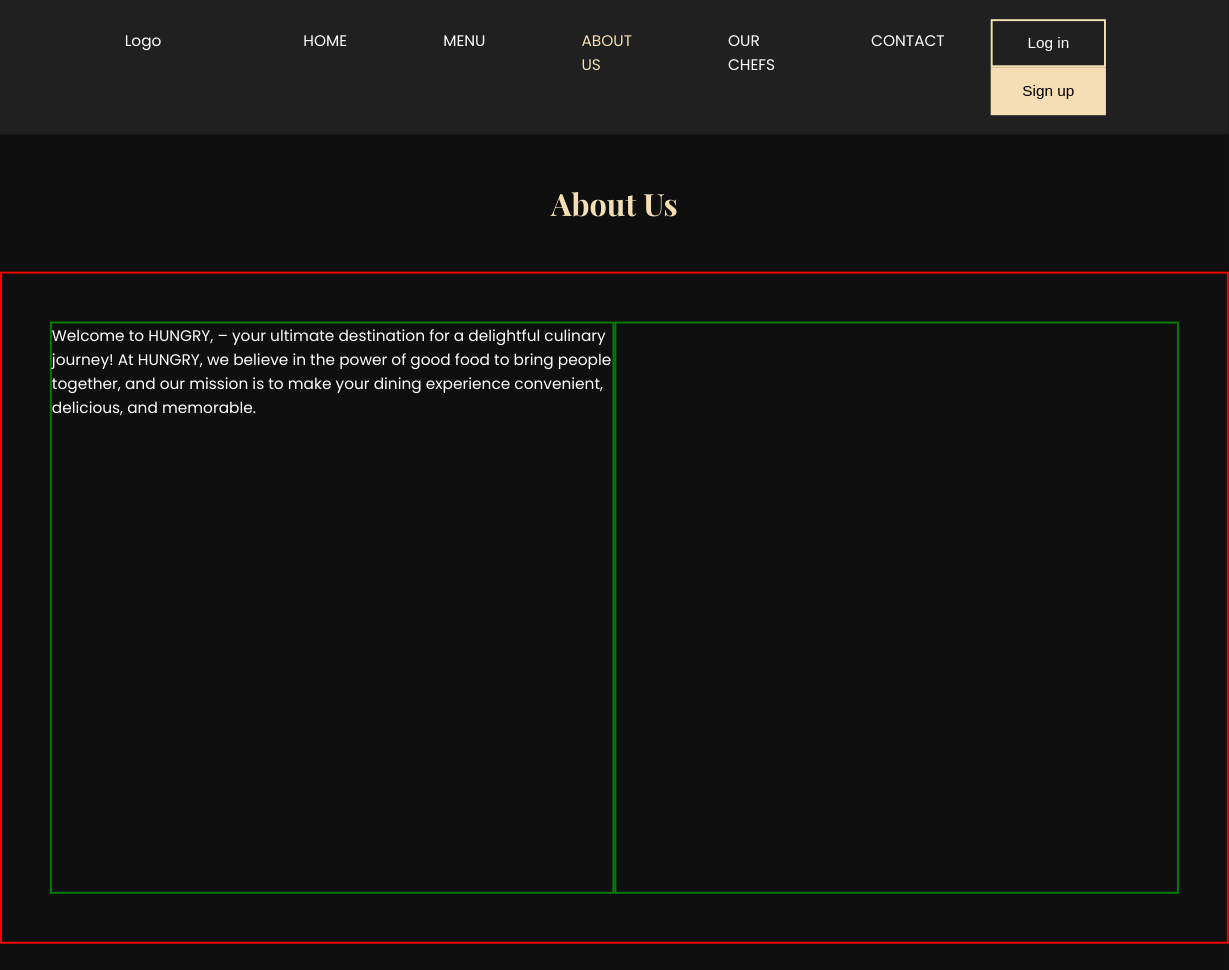
Repository: ThisIsSahaj/NSP
Page: about.html
An editor plug-in stored every save of this project. The page is shown before and after a run of saves, followed by the edit.
The browser window is 1280 px wide. The pictures show the whole page, at 96% of full size.

Above is the page before, as saved 2023-12-26 22:12:01.

After the next 2 saves:
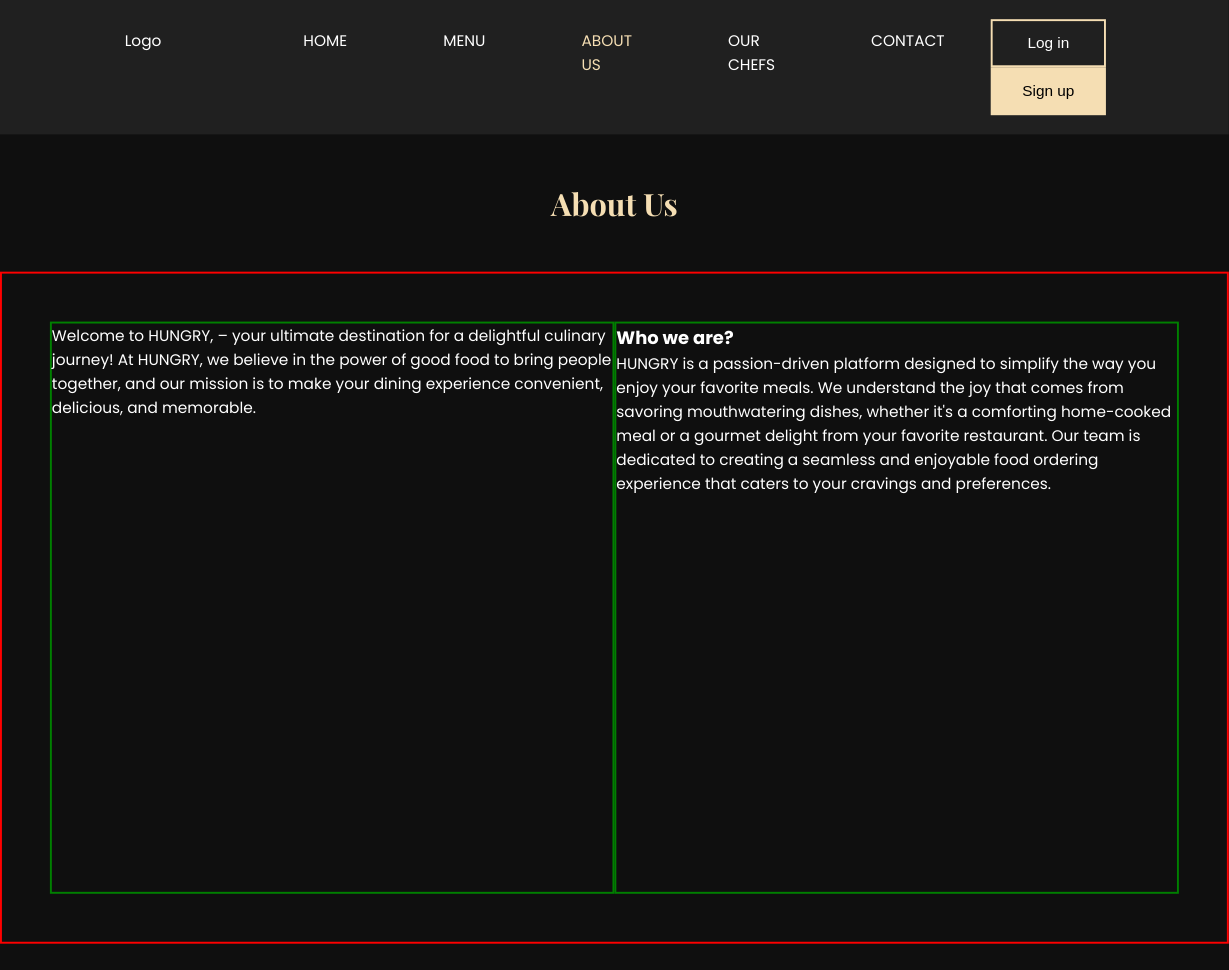
The 2 saves are shown as one change because they came seconds apart.
The last was saved 38 s later.
--- a/about.html
+++ b/about.html
@@ -37,7 +37,11 @@
 
          Welcome to HUNGRY, – your ultimate destination for a delightful culinary journey! At HUNGRY, we believe in the power of good food to bring people together, and our mission is to make your dining experience convenient, delicious, and memorable.
        </div>
-       <div></div>
+       <div>
+        <h3>Who we are?</h3>
+        <p>
+            HUNGRY is a passion-driven platform designed to simplify the way you enjoy your favorite meals. We understand the joy that comes from savoring mouthwatering dishes, whether it's a comforting home-cooked meal or a gourmet delight from your favorite restaurant. Our team is dedicated to creating a seamless and enjoyable food ordering experience that caters to your cravings and preferences.</p>
+       </div>
     </div>
 </div>
 </body>
